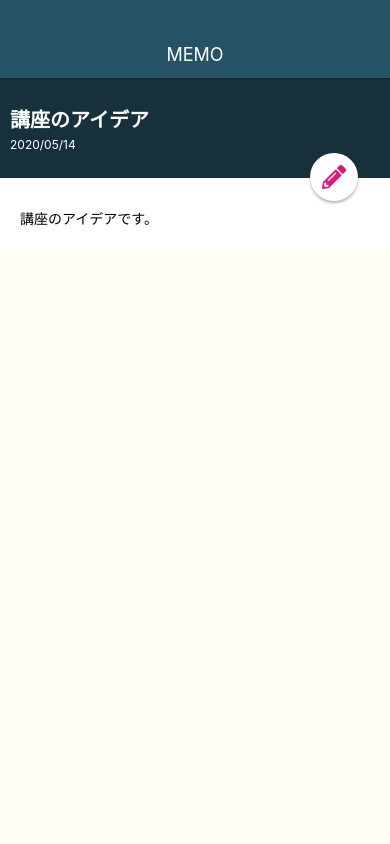
Repository: NagataRyuji0630/memo_app_for_reactNative
Screen: /
The author's editor kept a copy of each file at every save. The screen is drawn from the files as they stood at one save, then again after a run of saves.
Some web fonts or font styles are not loaded; a fallback is used. The app was drawn by React Native's web renderer in a window 390 px wide. The project was rebuilt for these pictures with package versions that can differ from the ones it lists, and the page was loaded fresh each time. Some packages were replaced by stand-ins written for this rebuild. Also part of the build but not shown: src/components/MemoList.jsx, src/screens/MemoListScreen.jsx.

Above is the screen before, as saved 2020-05-14 14:53:20.

### App.js
import React from 'react';
import { StyleSheet, View } from 'react-native';
import AppBar from './src/components/AppBar';
import MemoListScreen from './src/screens/MemoListScreen'
import MemoDtailScreen from './src/screens/MemoDetailScreen';


export default class App extends React.Component {
  render() {
    return (
      <View style={styles.container}>
        <AppBar />
        <MemoDtailScreen />
      </View>
    );
  }
}

const styles = StyleSheet.create({
  container: {
    flex: 1,
    backgroundColor: '#FFFDF6',
    alignItems: 'center',
    justifyContent: 'center',
    paddingTop: 78,
  },
});

### src/components/AppBar.jsx
import React from 'react';
import { Component } from 'react';
import { StyleSheet, View, Text } from 'react-native';

const styles = StyleSheet.create({
    appbar: {
        position: 'absolute',
        top: 0,
        left: 0,
        right: 0,
        height: 78,
        paddingTop: 30,
        backgroundColor: '#265366',
        justifyContent: 'center',
        alignItems: 'center',
        shadowColor: '#000',
        shadowOffset: { width: 0, height: 0 },
        shadowOpacity: 0.5,
        shadowRadius: 3,
        zIndex: 10,
    },
    appbarTitle: {
        color: '#fff',
        fontSize: 18,
    },
});

class AppBar extends Component {
    render() {
        return (
            <View style={styles.appbar}>
                <View>
                    <Text style={styles.appbarTitle}>MEMO</Text>
                </View>
            </View>
        );
    }
}

export default AppBar;

### src/screens/MemoDetailScreen.jsx
import React from 'react';
import { Component } from 'react';
import { StyleSheet, View, Text } from 'react-native';
import CircleBtn from '../elements/CircleBtn';

const styles = StyleSheet.create({
    containar: {
        flex: 1,
        width: '100%',
    },
    memoHeader: {
        height: 100,
        paddingLeft: 10,
        backgroundColor: '#17313C',
        justifyContent: 'center',
    },
    memoHeaderTitle: {
        fontSize: 20,
        fontWeight: 'bold',
        color: 'white',
        marginBottom: 4
    },
    memoHeaderDate: {
        fontSize: 12,
        color: 'white',
    },
    memoContent: {
        paddingTop: 30,
        paddingLeft: 20,
        paddingRight: 20,
        paddingBottom: 20,
        backgroundColor: 'white',
    },
    editBtn: {
        top: 75,
    }
});

class MemoDetailScreen extends Component {
    render() {
        return (
            <View style={styles.containar}>
                <View style={styles.memoHeader}>
                    <View>
                        <Text style={styles.memoHeaderTitle}>講座のアイデア</Text>
                        <Text style={styles.memoHeaderDate}>2020/05/14</Text>
                    </View>
                </View>

                <View style={styles.memoContent}>
                    <Text>講座のアイデアです。</Text>
                </View>

                <CircleBtn color='white' style={styles.editBtn}>
                    {'\uf303'}
                </CircleBtn>
            </View>
        );
    }
}

export default MemoDetailScreen;

### src/elements/CircleBtn.jsx
import React from 'react';
import { Component } from 'react';
import { StyleSheet, View, Text } from 'react-native';
import * as Font from 'expo-font';
import { createIconSet } from '@expo/vector-icons';
import fontAwsome from '../../assets/fonts/fa-solid-900.ttf';

const glyphMap = {
    pencile: '\uf303',
    plus: '\uf067',
};

const CustomIcon = createIconSet(glyphMap, 'fontAwsome');

const styles = StyleSheet.create({
    circleBtn: {
        position: 'absolute',
        bottom: 32,
        right: 32,
        width: 48,
        height: 48,
        borderRadius: 24,
        justifyContent: 'center',
        alignItems: 'center',
        shadowColor: '#000',
        shadowOffset: { width: 0, height: 2 },
        shadowOpacity: 0.3,
        shadowRadius: 3,
    },
    circleBtnTitle: {
        fontSize: 24,
        lineHeight: 24,
        fontFamily: 'fontAwsome',
    }
});


class CircleBtn extends Component {

    state = {
        fontsLoaded: false,
    };

    async _loadFontsAsync() {
        await Font.loadAsync({
            FontAwsome: fontAwsome,
        });
        this.setState({ fontsLoaded: true });
    }

    componentDidMount() {
        this._loadFontsAsync();
    }

    render() {
        const { style, color } = this.props;

        let bgColor = '#E31675';
        let textColor = 'white';

        if (color === 'white') {
            bgColor = 'white';
            textColor = '#E31675';
        }

        return (
            <View style={[styles.circleBtn, style, { backgroundColor: bgColor }]}>
                {
                    this.state.fontsLoaded
                        ?
                        <Text style={[styles.circleBtnTitle, { color: textColor }]}>
                            {this.props.children}
                        </Text>
                        :
                        null
                }
            </View>
        );
    }
}

export default CircleBtn;

After the next 2 saves:
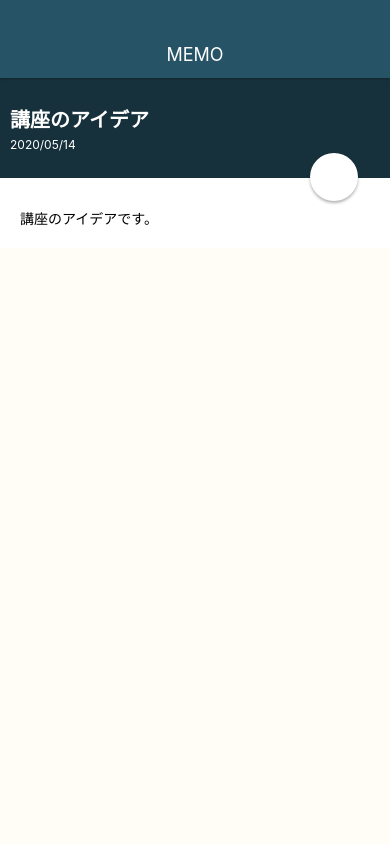
The 2 saves are shown as one change because they came seconds apart.
The last was saved 68 s later.
--- a/src/elements/CircleBtn.jsx
+++ b/src/elements/CircleBtn.jsx
@@ -68,9 +68,8 @@
                 {
                     this.state.fontsLoaded
                         ?
-                        <Text style={[styles.circleBtnTitle, { color: textColor }]}>
-                            {this.props.children}
-                        </Text>
+                        <CustomIcon style={[styles.circleBtnTitle, { color: textColor }]} />
+
                         :
                         null
                 }

After the 4 saves that followed:
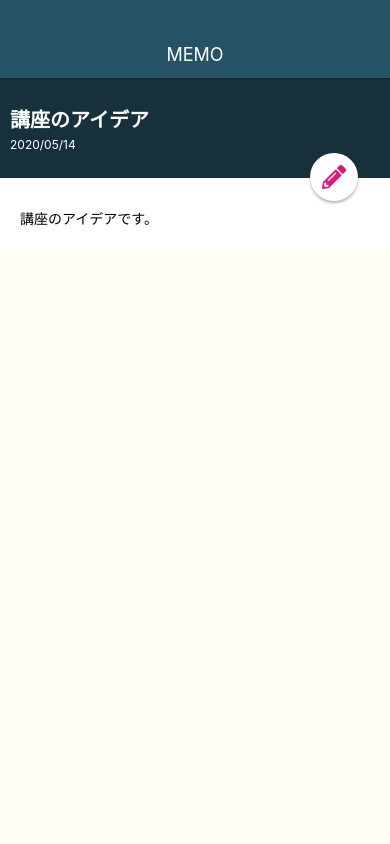
The 4 saves are shown as one change because 3 left the picture as it was.
The last was saved 2 min 5 s later.
--- a/src/screens/MemoDetailScreen.jsx
+++ b/src/screens/MemoDetailScreen.jsx
@@ -51,9 +51,7 @@ class MemoDetailScreen extends Component {
                     <Text>講座のアイデアです。</Text>
                 </View>
 
-                <CircleBtn color='white' style={styles.editBtn}>
-                    {'\uf303'}
-                </CircleBtn>
+                <CircleBtn name="pencile" color='white' style={styles.editBtn} />
             </View>
         );
     }
--- a/src/elements/CircleBtn.jsx
+++ b/src/elements/CircleBtn.jsx
@@ -53,7 +53,7 @@
     }
 
     render() {
-        const { style, color } = this.props;
+        const {name, style, color } = this.props;
 
         let bgColor = '#E31675';
         let textColor = 'white';
@@ -68,8 +68,7 @@
                 {
                     this.state.fontsLoaded
                         ?
-                        <CustomIcon style={[styles.circleBtnTitle, { color: textColor }]} />
-
+                        <CustomIcon name={name} style={[styles.circleBtnTitle, { color: textColor }]} />
                         :
                         null
                 }
